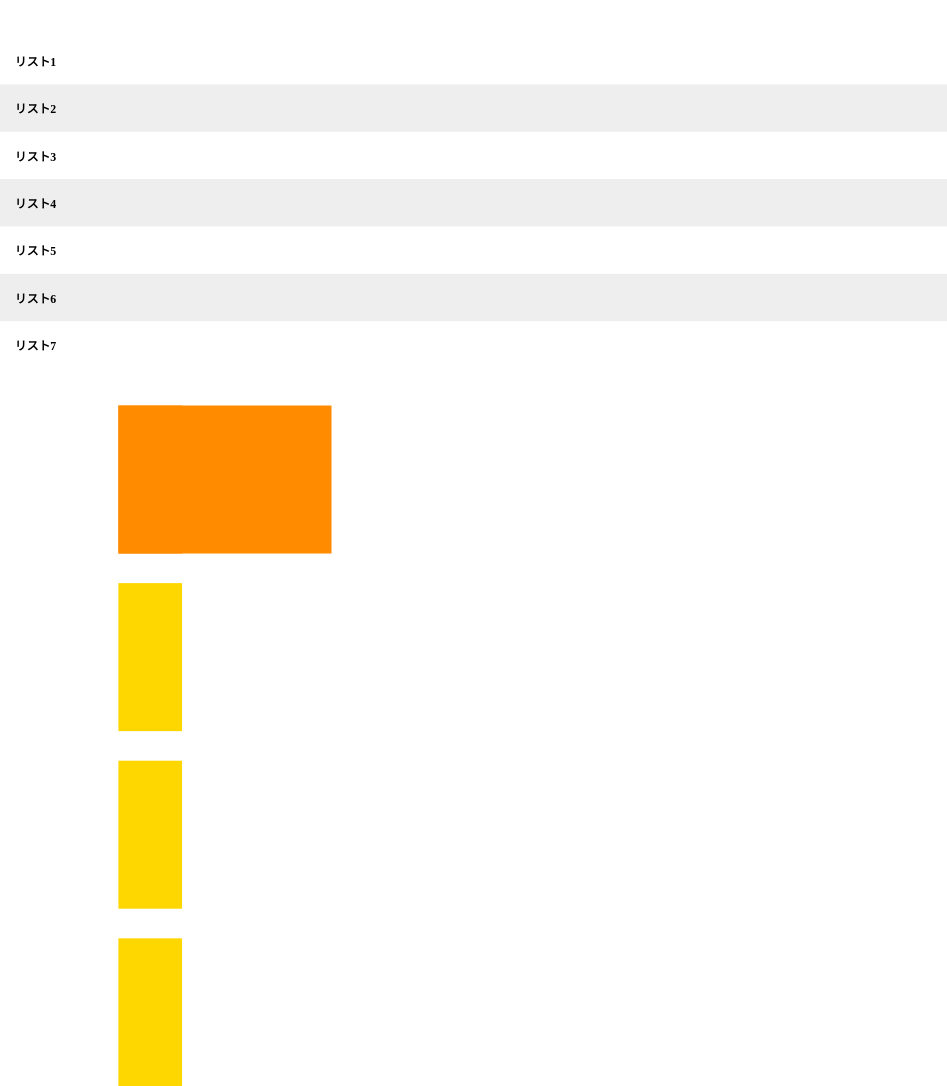
Repository: Tyubyasa/abc
Page: chapter8/chapter8.html
The author's editor kept a record of every edit. The page is drawn from the files as they stood at one moment, then again after the next edit.
The browser window is 1280 px wide. The pictures show the whole page, at 74% of full size.

Above is the page before.

### chapter8/chapter8.html
<!DOCTYPE html>
<html lang="ja">
  <head>
    <meta charset="UTF-8" />
    <!-- CSSファイルの読み込み -->
    <link rel="stylesheet" href="chapter8.css" />
    <title>chapter8</title>
 </head>

 <style>
    .body {
        font-size: 12px;
    }
</style>

<section class="main">
    <h1 class="item-list">
      </h1>
   <h4 class="item">
     リスト1
      </h4>
      <h4 class="item">
      リスト2
      </h4>
      <h4 class="item">
        リスト3
      </h4>
      <h4 class="item">
        リスト4
      </h4>
      <h4 class="item">
        リスト5
      </h4>
      <h4 class="item">
        リスト6
      </h4>
      <h4 class="item">
        リスト7
      </h4>
</section>

 <!-- main用のdiv -->
    <main>
      <div class="box-list">
        <div class="box">
      <div class="box">
         </div>
        <div class="box">
           </div>
          <div class="box">
             </div>
            <div class="box">
               </div>
              <div class="box5">
                 </div>
                <div class="box6">
                   </div>
                  <div class="box7">
                     </div>
                    <div class="box8">
                       </div>
                      <div class="box9">
          </div>
          </div>
          </div>
          </main>

### chapter8/chapter8.css
* {
  margin: 0;
  padding: 0;
  box-sizing: border-box;
}

main {
  width: 960px;
  margin: 50px auto;
}

.item-list {
  margin-bottom: 50px;
}

.item {
  padding: 20px;
  list-style: none;
}

.item:nth-child(odd) {
  background-color: #eee;
}

.box-list {
  display: flex;
  flex-wrap: wrap;
}

.box {
  background-color: #ffd700;
  width: 30%;
  height: 200px;
  margin-right: 5%;
  margin-bottom: 40px;
}

.box:first-child,
.box:nth-child(5),
.box:last-child {
  background-color: #ff8c00;
}

.box:nth-child(3n) {
  margin-right: 0;
}

.box:nth-last-child(-n + 3) {
  margin-bottom: 0;
}

After the next edit:
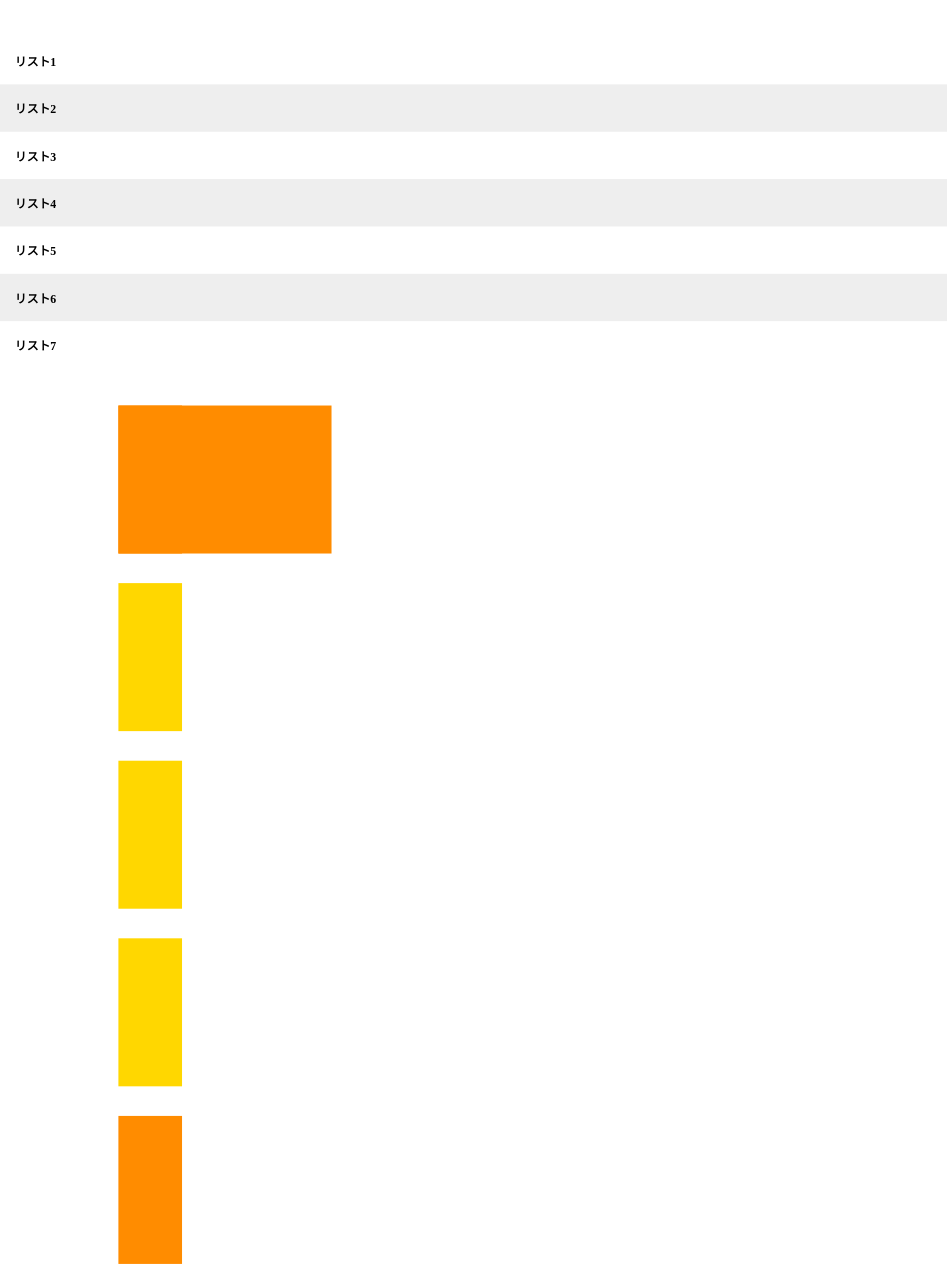
The edit:
--- a/chapter8/chapter8.html
+++ b/chapter8/chapter8.html
@@ -51,7 +51,7 @@
              </div>
             <div class="box">
                </div>
-              <div class="box5">
+              <div class="box">
                  </div>
                 <div class="box6">
                    </div>
